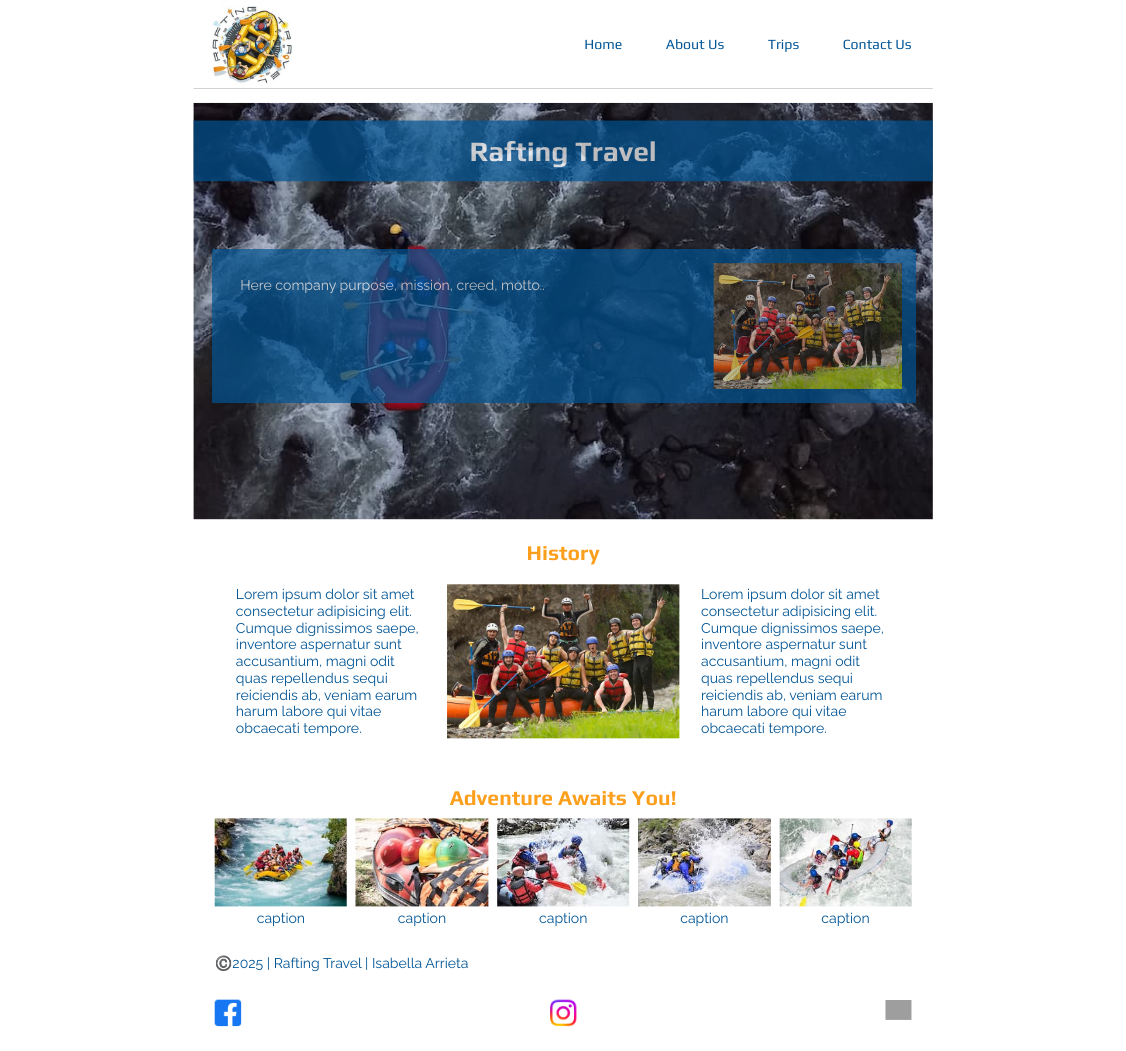
Repository: isaAJ05/wdd130
Page: wwr/about.html
These files come from the project's save history. The page is drawn as it stood at one moment and after the next save; the edit follows.
The browser window is 1280 px wide. The pictures show the whole page, at 88% of full size.
Pictures or frames that could not be fetched are drawn as grey boxes.

Above is the page before, as saved 2025-06-06 23:09:50.

### wwr/about.html
<!DOCTYPE html>
<html lang="en">
<head>
    <meta charset="UTF-8">
    <meta name="viewport" content="width=device-width, initial-scale=1.0">
    <title>About Us-Rafting Travel</title>
    <meta name="description" content="Information about the company: Rafting Travel">
    <meta name="author" content="Isabella Arrieta">
    <link rel="stylesheet" href="styles/rafting.css">
    <link rel="preconnect" href="https://fonts.googleapis.com">
    <link rel="preconnect" href="https://fonts.gstatic.com" crossorigin>
    <link href="https://fonts.googleapis.com/css2?family=Play:wght@400;700&family=Raleway:ital,wght@0,100..900;1,100..900&display=swap" rel="stylesheet">
</head>
<body>
    <header>
        <img src ="images/z-raftingcompas.jpg" alt="Rafting Company Logo">
    <nav>
        <a href="index.html">Home</a>
        <a href="about.html">About Us</a>
        <a href="trips.html">Trips</a>
        <a href="contact.html">Contact Us</a>
    </nav>
    </header>
    <main>
        <div class="herodiv">
            <img src="images/rafting16_1024.jpg" alt="Rafting">
            <h1>Rafting Travel</h1>
            <article>
                <img src="images/rafting59_600.jpg" alt="Happy Client">
                <p>Here company purpose, mission, creed, motto..</p>
            </article>
        </div>
        <section class="History">
            <h2>History</h2>
            <p>Lorem ipsum dolor sit amet consectetur adipisicing elit. Cumque dignissimos saepe, inventore aspernatur sunt accusantium, magni odit quas repellendus sequi reiciendis ab, veniam earum harum labore qui vitae obcaecati tempore.</p>
            <img src="images/rafting59_600.jpg" alt="Happy Client">
            <p>Lorem ipsum dolor sit amet consectetur adipisicing elit. Cumque dignissimos saepe, inventore aspernatur sunt accusantium, magni odit quas repellendus sequi reiciendis ab, veniam earum harum labore qui vitae obcaecati tempore.</p>
        </section>
        <section class="Adventure">
            <h2>Adventure Awaits You!</h2>
            <figure>
                <img src="images/5.jpg" alt="">
                <figcaption>caption</figcaption>
            </figure>
            <figure>
                <img src="images/2.jpg" alt="">
                <figcaption>caption</figcaption>
            </figure>
            <figure>
                <img src="images/3.jpg" alt="">
                <figcaption>caption</figcaption>
            </figure>
            <figure>
                <img src="images/4.jpg" alt="">
                <figcaption>caption</figcaption>
            </figure>
            <figure>
                <img src="images/1.jpg" alt="">
                <figcaption>caption</figcaption>
            </figure>
        </section>
    </main>
    <footer>
        <p>©️2025 | Rafting Travel | Isabella Arrieta</p>
        <nav class="socialmedia">
            <a href="https://www.facebook.com/">
                <img src="images/facebook.webp" alt="Facebook" width="30">
            </a>
            <a href="https://www.instagram.com/">
                <img src="images/instagram.webp" alt="Instagram" width="30">
            </a>
            <a href="https://x.com/home">
                <img src="images/x.webp" alt="X" width="30">
            </a>

        </nav>
    </footer>
</body>
</html>

### wwr/styles/rafting.css
:root {
    --primary-color: #FC9F1C;
    --secondary-color: #FFE77C;
    --accent1-color: #025595;
    --accent2-color: #A6DEF6;
    --heading-font: "Play", sans-serif;
    --body-font: "Raleway", sans-serif;
}

header {
    margin: 1rem auto;
    background-color: #fff;
    color: var(--secondary-color);
    display: grid;
	grid-template-columns: 1fr 1fr;
    align-items: center;
    border-bottom: 1px solid #ccc;

}
header img {
    width: 100px;
    height: auto;
    margin-left: 16px;
}
*{
    margin: 0;
    padding: 0;
    box-sizing: border-box;
}
body {
    font-family: var(--body-font);
    color: var(--accent1-color);
}
 header, main, footer {
    width: 840px;
    margin: 0 auto;
}
h1, h2{
    font-family: var(--heading-font);
    color: var(--primary-color);
}
p, section, article{
    margin: 16px;
    padding: 8px;
}
.History {
    display: grid;
	grid-template-columns: 1fr 1fr 1fr;
    align-items: center;
    grid-gap: 1px;
}
.History h2{
    grid-column: 1/4;
    text-align: center;

}
.History img{
    width: 100%;
    height: auto;
}
.Adventure {
    display: grid;
    grid-template-columns: 1fr 1fr 1fr 1fr 1fr;
    align-items: center;
    grid-gap: 10px;
}
.Adventure h2{
    grid-column: 1/6;
    text-align: center;

}
.Adventure img{
    width: 100%;
    height: auto;
}
figcaption {
    text-align: center;
}
nav {
    margin: 16px;
    padding: 8px;
    display: flex;
    justify-content: space-between;
	flex: 1 1 auto;

}
nav a {
    text-decoration: none;
    font-family: var(--heading-font);
    color: var(--accent1-color);
}
nav a:hover {
    color: var(--primary-color);
    text-decoration: underline;
}

.socialmedia a{
    text-decoration: none;
}

.herodiv{
    position: relative;
    margin: 1em auto;
}

.herodiv img{
    display: block;
    width: 100%;
    height: auto;
}

h1{
    position: absolute;
    top: 20px;
    width: 100%;
    padding: 16px;
    text-align: center;
    opacity: 0.7;
    background-color: var(--accent1-color);
    color: #ffffff;

}

.herodiv article{
    position: absolute;
    top: 150px;
    left: 5px;
    width: 800px;
    opacity: 0.7;
    background-color: var(--accent1-color);
    color: #ffffff;
}
.herodiv article img{
    float: right;
    width: 230px;
    padding: 8px;
}

After the next save:
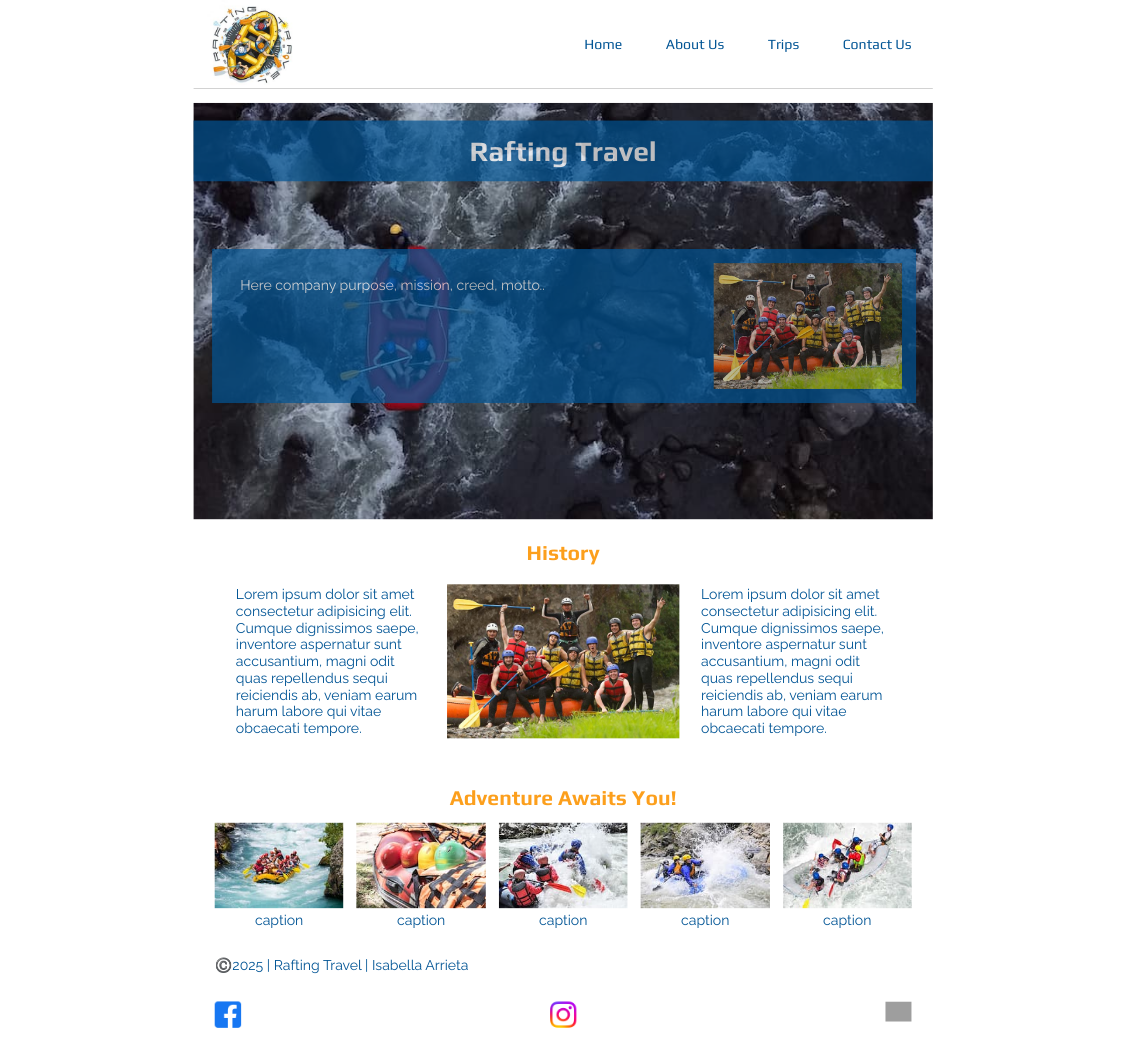
Saved 5 s later.
--- a/wwr/styles/rafting.css
+++ b/wwr/styles/rafting.css
@@ -62,7 +62,7 @@ p, section, article{
     display: grid;
     grid-template-columns: 1fr 1fr 1fr 1fr 1fr;
     align-items: center;
-    grid-gap: 10px;
+    grid-gap: 15px;
 }
 .Adventure h2{
     grid-column: 1/6;
